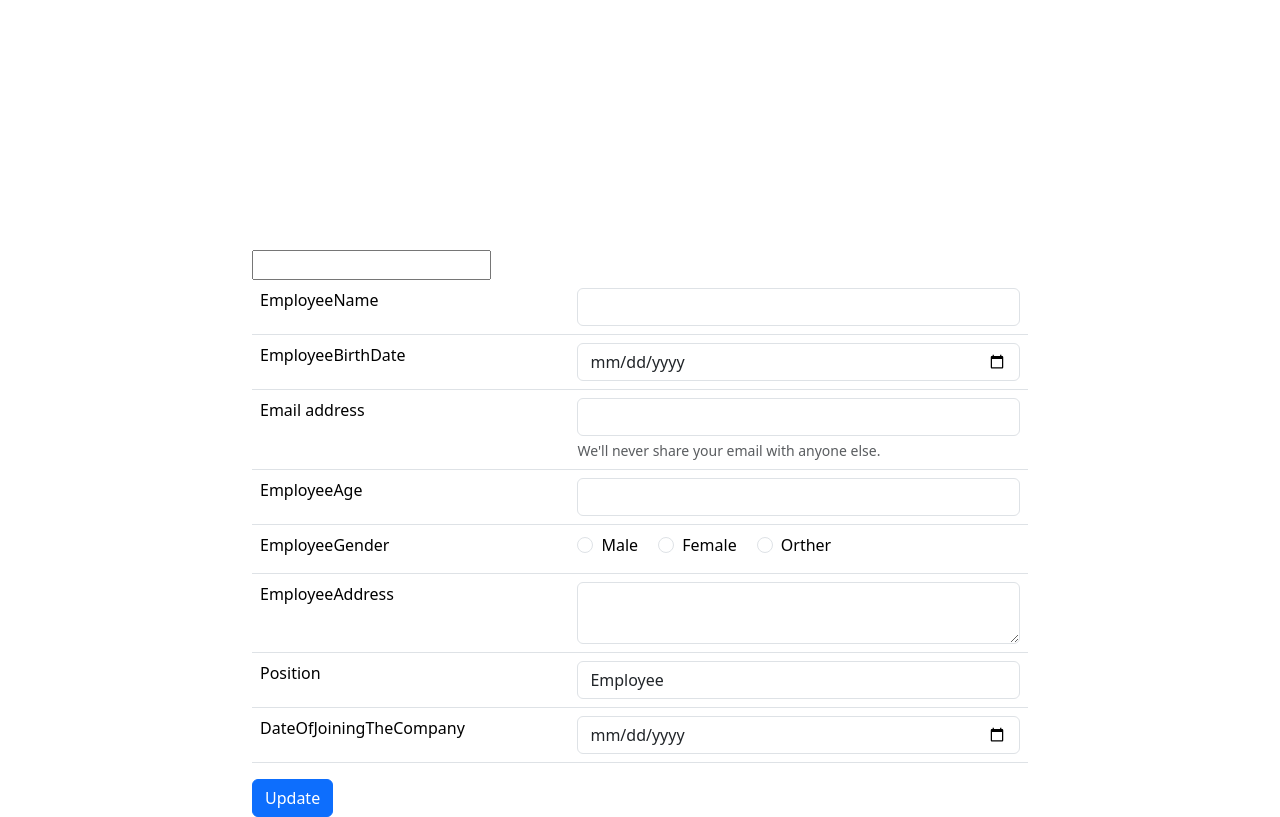
Repository: tranhuuan1703/BaiTapServlet
Page: http://localhost/bai_tap_jsp_servlet/views/Edit.jsp
An editor plug-in stored every save of this project. The page is shown before and after the next save, followed by the edit.
The browser window is 1280 px wide. The pictures show the whole page.
Some web libraries are served in a nearby version. The page is served by Tomcat 9.

Above is the page before, as saved 2024-08-09 09:48:30.

After the next save:
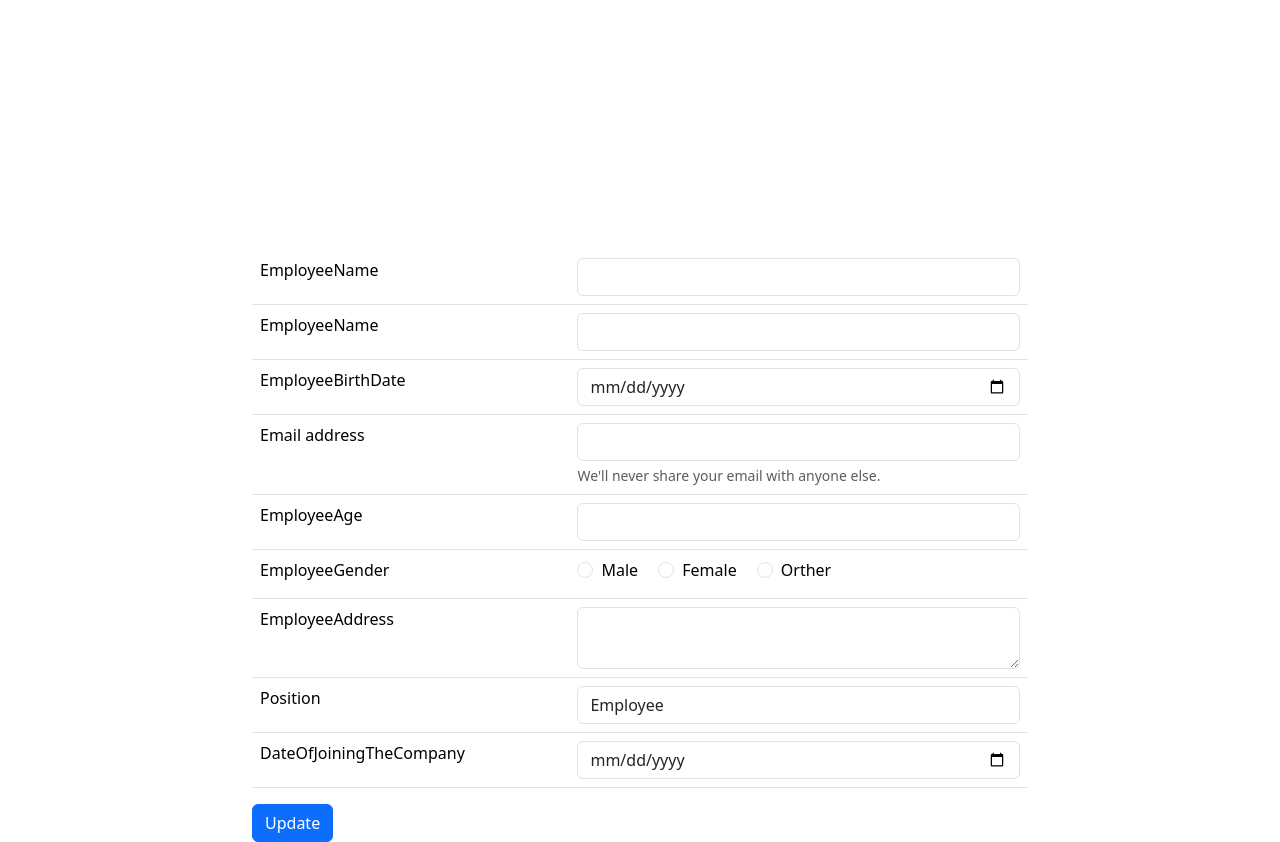
Saved 65 s later.
--- a/bai_tap_jsp_servlet/bai_tap_jsp_servlet/src/main/webapp/views/Edit.jsp
+++ b/bai_tap_jsp_servlet/bai_tap_jsp_servlet/src/main/webapp/views/Edit.jsp
@@ -20,7 +20,12 @@
          <form id="updateForm" action="updateEmployeeController" method="get">
             <table class="table">
               <tr>
-              	<input type="text" id="custId" name="Id" value="${employeeInfo.employeeId}" readonly>
+	               <td><label for="nameEmployee" class="form-label">EmployeeName</label></td>
+	                  <td>
+	                     <input type="text" class="form-control" id="custId" aria-describedby="emailHelp" value="${employeeInfo.employeeId}" name="Id" readonly>
+	                  </td>
+	               </tr>
+
               </tr>
                <tr>
                   <td><label for="nameEmployee" class="form-label">EmployeeName</label></td>
